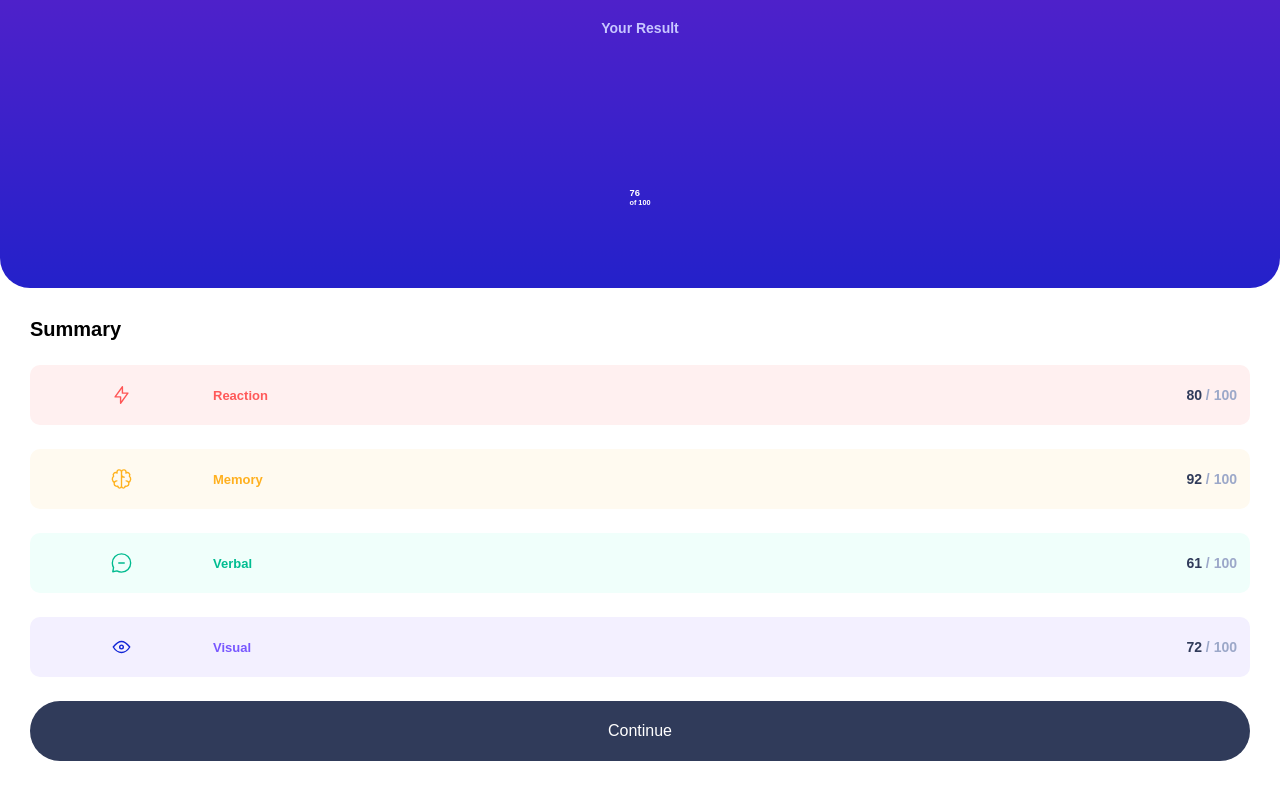
Repository: limaneto/frontend-mentor-results-summary
Page: index.html
These files come from the project's save history. The page is drawn as it stood at one moment and after the next save; the edit follows.
The browser window is 1280 px wide. The pictures show the whole page.

Above is the page before, as saved 2023-11-06 09:03:00.

After the next save:
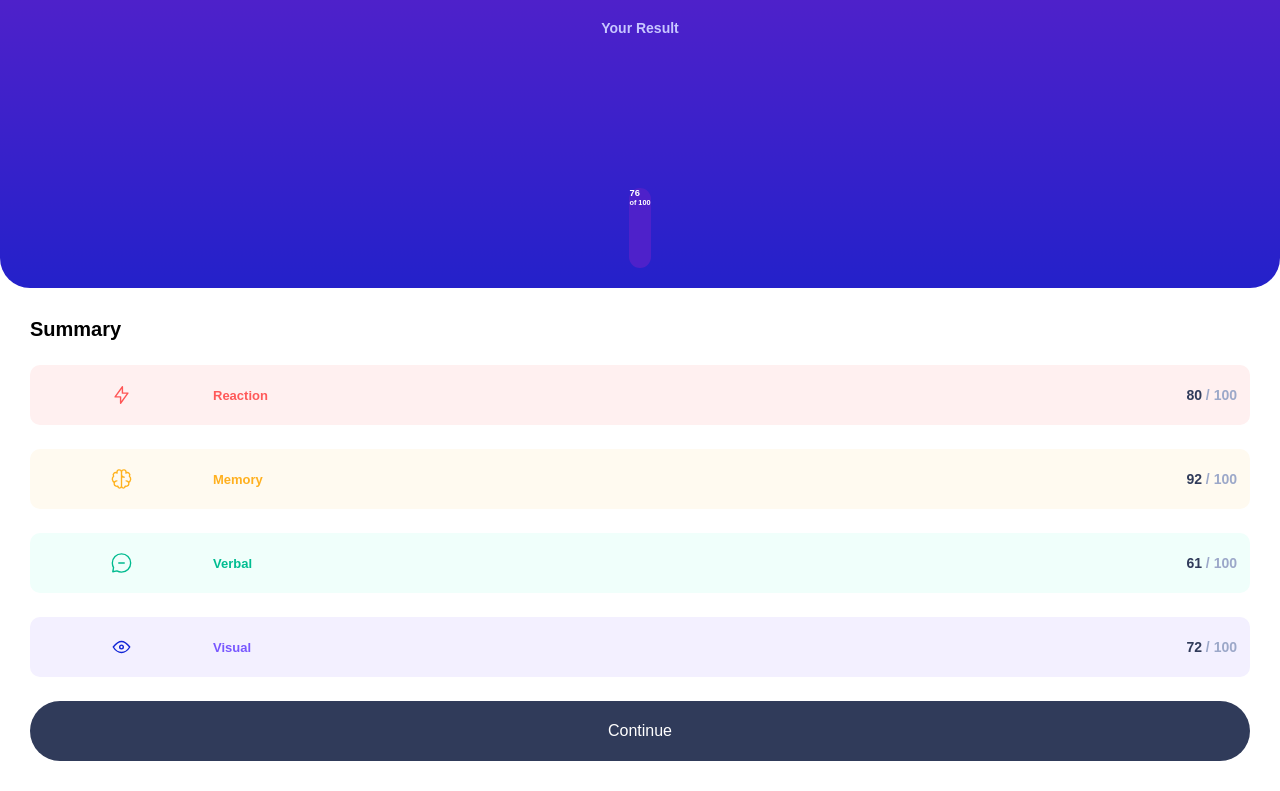
Saved 11 s later.
--- a/style.css
+++ b/style.css
@@ -62,6 +62,7 @@
 #score {
   height: 80px;
   border-radius: 5rem;
+  background-color: #4e21ca;
 }
 
 summary {

After the save that followed:
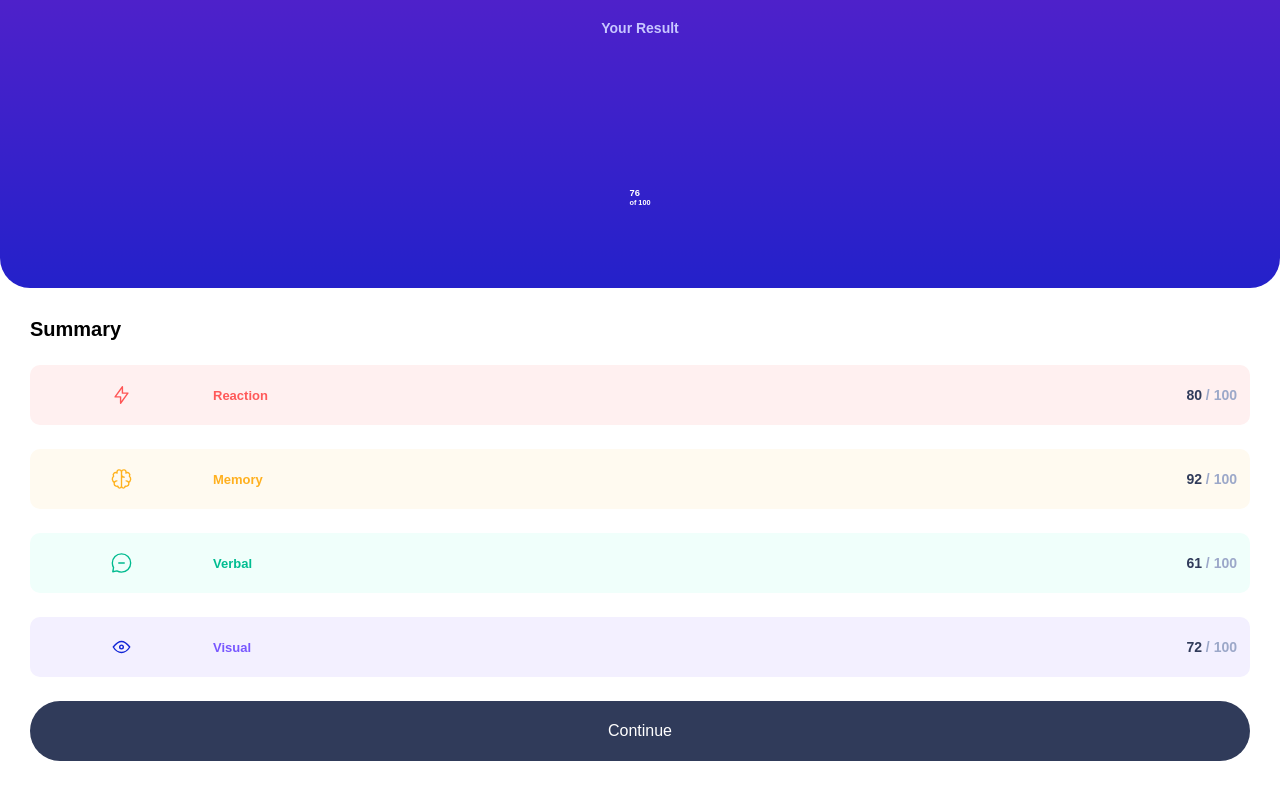
Saved 14 s later.
--- a/style.css
+++ b/style.css
@@ -62,7 +62,7 @@
 #score {
   height: 80px;
   border-radius: 5rem;
-  background-color: #4e21ca;
+  background-color: var();
 }
 
 summary {
